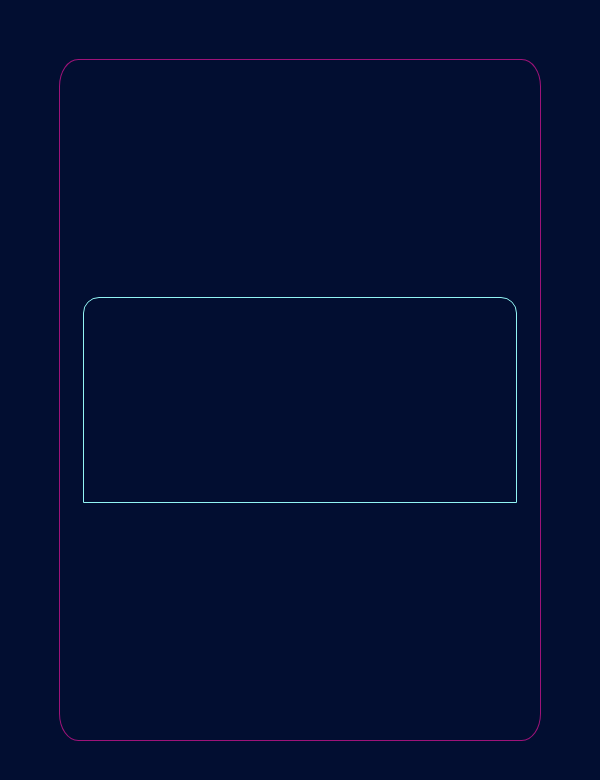
Repository: 2001mariana/Calculator_react
Page: /
An editor plug-in stored every save of this project. The page is shown before and after a run of saves, followed by the edit.
The browser window is 600 px wide. The pictures show the whole page.
The project was rebuilt for these pictures with package versions that can differ from the ones it lists, and the page was loaded fresh each time.

Above is the page before, as saved 2023-02-06 17:35:11.

### src/index.tsx
import React from "react";
import ReactDOM from "react-dom/client";

import App from "./App";
import reportWebVitals from "./reportWebVitals";

import "./index.css";

const root = ReactDOM.createRoot(
  document.getElementById("root") as HTMLElement
);
root.render(
  <React.StrictMode>
    <App />
  </React.StrictMode>
);

reportWebVitals();

### src/App.tsx
import "./App.css";

function App() {
  return (
    <div className="Calculator">
      <div className="Calculator__body">
        <div className="Calculator__screen"></div>
      </div>
    </div>
  );
}

export default App;

### src/App.css
.Calculator {
  background-color: #020e31;
  height: 100vh;
  display: flex;
  justify-content: center;
  align-items: center;
}

.Calculator__body {
  height: 50vh;
  width: 40vw;
  border-radius: 4%;
  border: 1px solid #9e1379;
  display: flex;
  flex-direction: column;
  justify-content: center;
  align-items: center;
}

.Calculator__screen {
  border: 1px solid #92F4F4;
  height: 30%;
  width: 90%;
  border-radius: 16px 16px 0 0;
}

@media (max-width: 1200px) {
  .Calculator__body {
    height: 60vh;
  }
}

@media (max-width: 1100px) {
  .Calculator__body {
    width: 50vw;
    height: 65vh;
  }
}

@media (max-width: 1000px) {
  .Calculator__body {
    width: 55vw;
    height: 70vh;
  }
}

@media (max-width: 900px) {
  .Calculator__body {
    width: 60vw;
    height: 75vh;
  }
}

@media (max-width: 800px) {
  .Calculator__body {
    width: 70vw;
    height: 80vh;
  }
}

@media (max-width: 680px) {
  .Calculator__body {
    width: 80vw;
    height: 85vh;
  }
}

@media (max-width: 560px) {
  .Calculator__body {
    width: 90vw;
  }
}

Loaded but not shown: public/index.html (common file); src/reportWebVitals.ts (common file); src/index.css (common file)

After the next 3 saves:
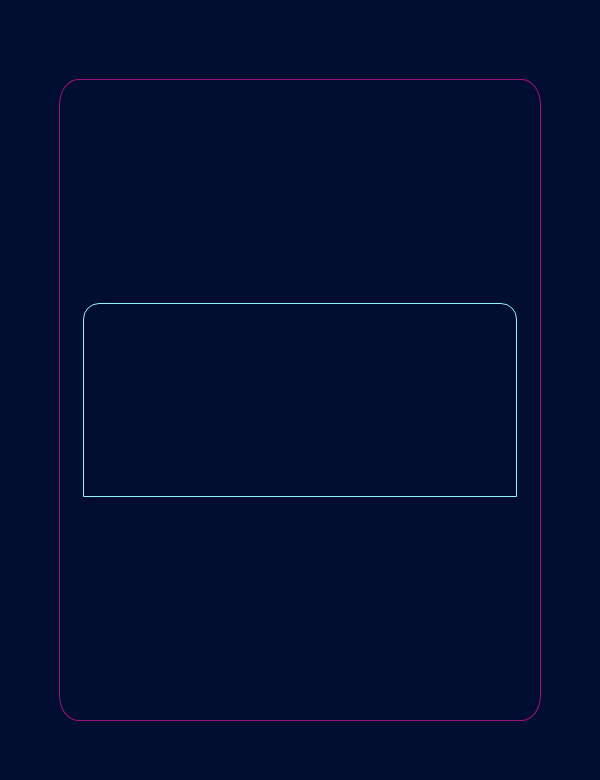
The 3 saves are shown as one change because they came seconds apart.
The last was saved 40 s later.
--- a/src/App.css
+++ b/src/App.css
@@ -26,42 +26,42 @@
 
 @media (max-width: 1200px) {
   .Calculator__body {
-    height: 60vh;
+    height: 55vh;
   }
 }
 
 @media (max-width: 1100px) {
   .Calculator__body {
     width: 50vw;
-    height: 65vh;
+    height: 60vh;
   }
 }
 
 @media (max-width: 1000px) {
   .Calculator__body {
     width: 55vw;
-    height: 70vh;
+    height: 65vh;
   }
 }
 
 @media (max-width: 900px) {
   .Calculator__body {
     width: 60vw;
-    height: 75vh;
+    height: 70vh;
   }
 }
 
 @media (max-width: 800px) {
   .Calculator__body {
     width: 70vw;
-    height: 80vh;
+    height: 75vh;
   }
 }
 
 @media (max-width: 680px) {
   .Calculator__body {
     width: 80vw;
-    height: 85vh;
+    height: 80vh;
   }
 }
 
